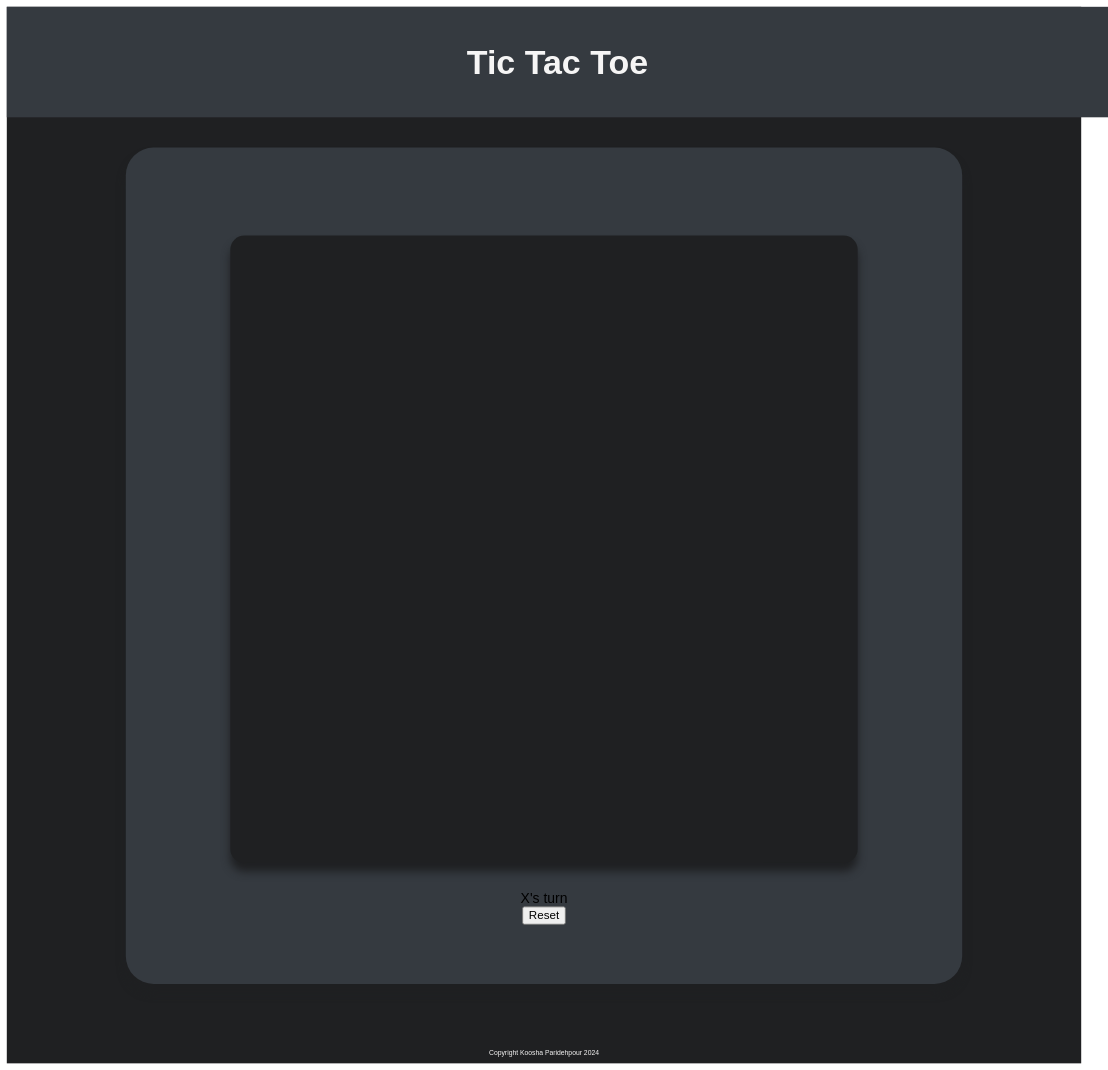
Repository: KooshaPari/odin-TTT
Page: index.html
These files come from the project's save history. The page is drawn as it stood at one moment and after the next save; the edit follows.
The browser window is 1280 px wide. The page is 1304 px wide, so the pictures cover 1304 px, including what lies to the right of the window. The pictures show the whole page, at 85% of full size.
The pointer rests on the first visible `#game`.

Above is the page before, as saved 2024-03-14 22:50:01.

After the next save:
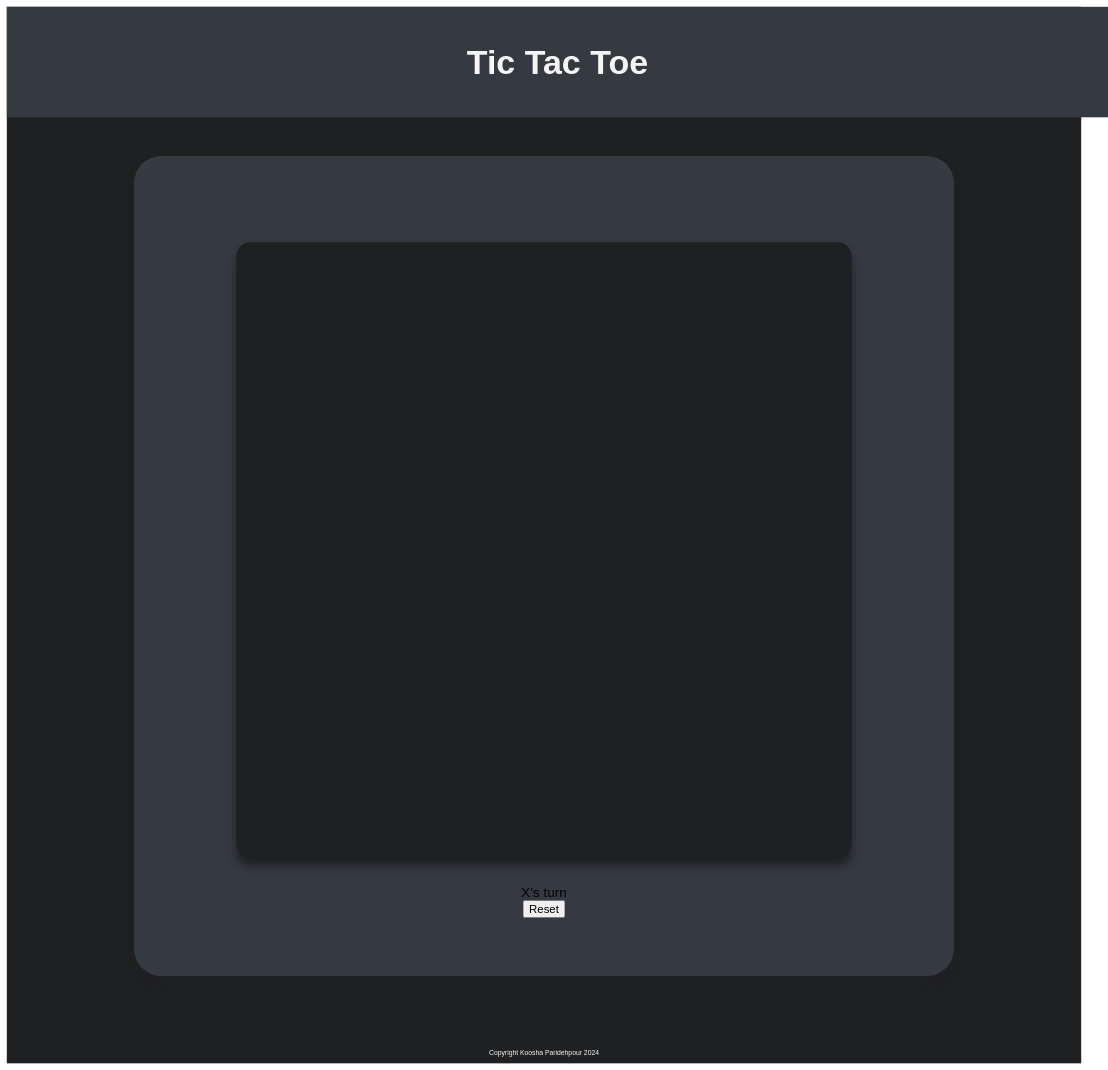
Saved 8 s later.
--- a/style.css
+++ b/style.css
@@ -77,6 +77,10 @@
   -o-transition: 0.5s ease-in-out;
 }
 #game:hover {
-  transform: scale(1.025) translate(0, -1em);
+  transform: scale(1.005) translate(0, -1em);
   transition: 0.5s ease-in-out;
+  -webkit-transform: scale(1.005) translate(0, -1em);
+  -moz-transform: scale(1.005) translate(0, -1em);
+  -ms-transform: scale(1.005) translate(0, -1em);
+  -o-transform: scale(1.005) translate(0, -1em);
 }
